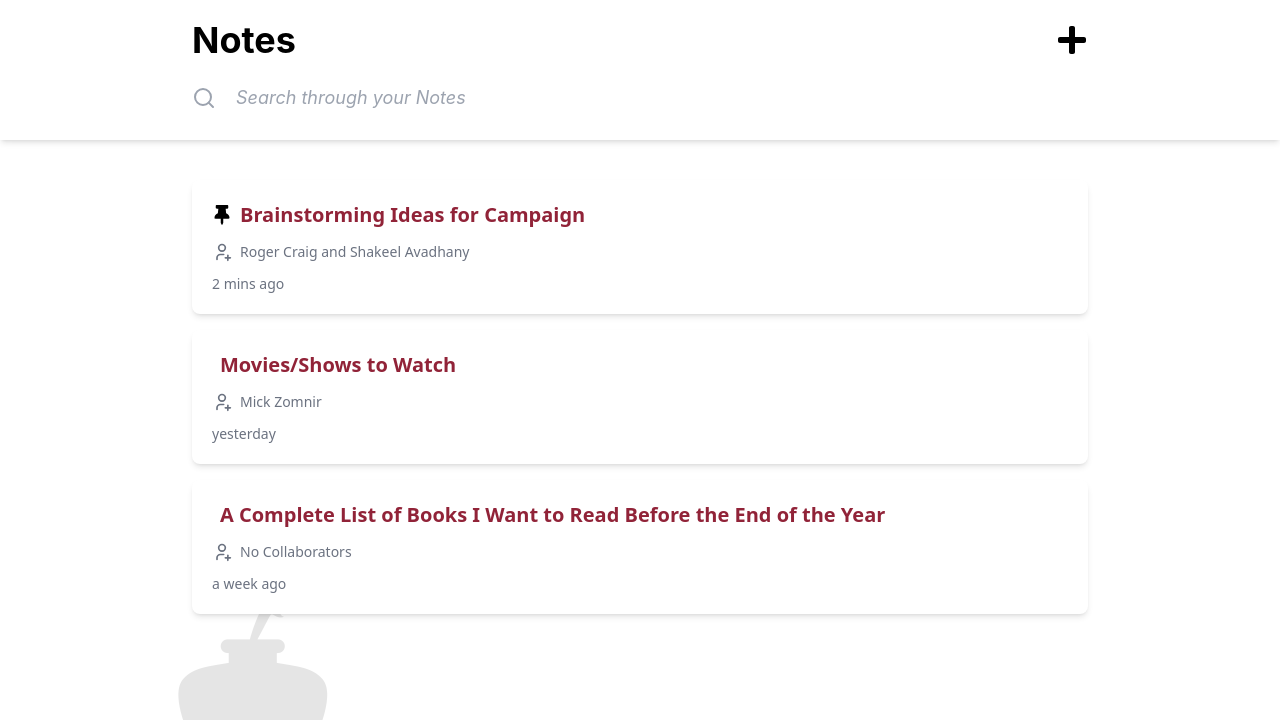
Repository: shabiasaeed/Notes-app
Page: /
The author's editor kept a copy of each file at every save. The page is drawn from the files as they stood at one save, then again after the next save.
The browser window is 1280 px wide. The pictures show the whole page.
The project was rebuilt for these pictures with package versions that can differ from the ones it lists, and the page was loaded fresh each time. Also part of the build but not shown: src/components/Header.css, src/components/Note.css, src/App.css.

Above is the page before, as saved 2025-01-01 19:33:41.

After the next save:
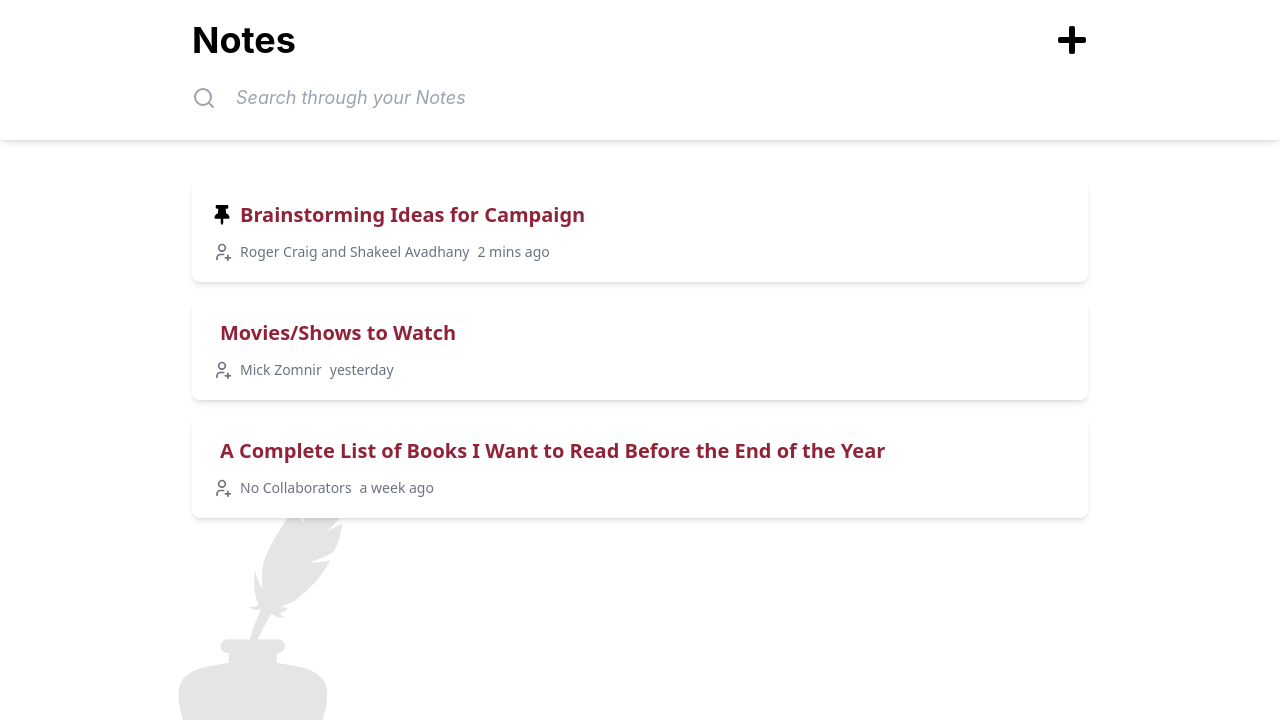
Saved 13 s later.
--- a/src/components/Note.js
+++ b/src/components/Note.js
@@ -23,10 +23,7 @@ const Note = ({ title, author, time, pinned, onDelete, onPinToggle }) => {
       <div className="flex items-center gap-2 text-sm text-gray-500 pt-1">
         <TbUserPlus className="w-5 h-5 cursor-pointer" />
         <p>{author}</p>
-
-      </div>
-      <div className="flex items-right gap-2 text-sm text-gray-500 pt-1">
-      <span>{time}</span>
+        <span>{time}</span>
       </div>
     </div>
   );
